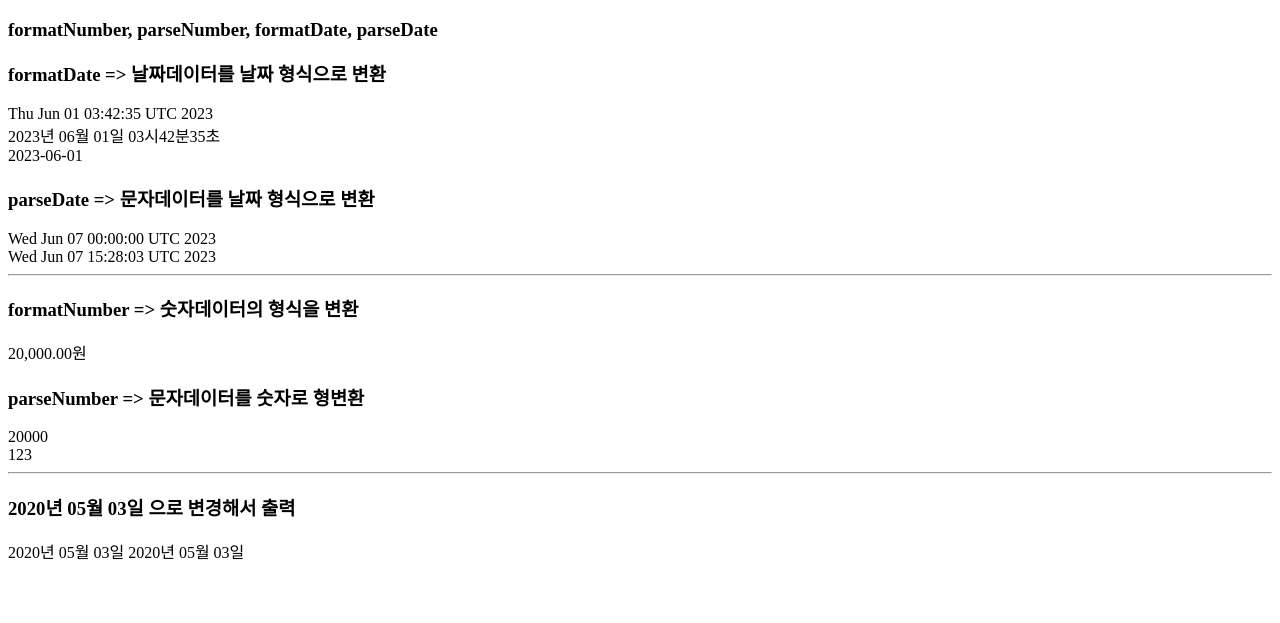
Repository: sun2898/JSP
Page: http://localhost/JSPBasic/JSTL/jstl_fmt.jsp
An editor plug-in stored every save of this project. The page is shown before and after the next save, followed by the edit.
The browser window is 1280 px wide. The pictures show the whole page.
The page is served by Tomcat 9. Other server files are loaded and not shown.

Above is the page before, as saved 2023-06-07 06:49:21.

### JSPBasic/src/main/webapp/JSTL/jstl_fmt.jsp
<%@page import="java.util.Date"%>
<%@ page language="java" contentType="text/html; charset=UTF-8"
    pageEncoding="UTF-8"%>
<%@ taglib prefix="fmt" uri="http://java.sun.com/jsp/jstl/fmt" %>
<%@ taglib prefix="c" uri="http://java.sun.com/jsp/jstl/core" %>
<!DOCTYPE html>
<html>
<head>
<meta charset="UTF-8">
<title>Insert title here</title>
</head>
<body>

	<%--
	 fmt는 형변환을 다루는 기능을 가지고 있다.

	 Integer.parseInt() : String > int
	 parse -> 다른타입으로 형 변환
	 format -> 같은타입의 형태를 변환

	 날짜형태를 변환하는 것을 좀 더 주의깊게 공부할 것!
	 --%>

	<h3>formatNumber, parseNumber, formatDate, parseDate</h3>

	<h3>formatDate => 날짜데이터를 날짜 형식으로 변환</h3>

	<c:set var="a" value="<%=new Date() %>"/>

	${a } <!-- Wed Jun 07 15:19:02 KST 2023 -->
	<br>
	<fmt:formatDate var="a01" value="${a }" pattern="yyyy년 MM월 dd일 HH시mm분ss초"/>
	<fmt:formatDate var="a02" value="${a }" pattern="yyyy-MM-dd"/>
	${a01 }<br>
	${a02 }<br>

	<h3>parseDate => 문자데이터를 날짜 형식으로 변환</h3>

	<fmt:parseDate value="2023-06-07" pattern="yyyy-MM-dd"/><br>
	<fmt:parseDate value="2023년06월07일 15시28분03초" pattern="yyyy년MM월dd일 HH시mm분ss초"/>

	<hr>

	<h3>formatNumber => 숫자데이터의 형식을 변환</h3>

	<c:set var ="b" value="20000"/>

	<fmt:formatNumber value="${b }" pattern="00,000.00원"/><br>

	<h3>parseNumber => 문자데이터를 숫자로 형변환</h3>

	<fmt:parseNumber value="20,000원" pattern="00,000원"/><br>
	<fmt:parseNumber value="123asd원" pattern="000asd원"/>

	<hr/>

	<h3>2020년 05월 03일 으로 변경해서 출력</h3>
	<c:set var="TIME_A" value="2020/05/03" />
	<c:set var="TIME_C" value="2020-05-03 21:30:22" />
	<c:set var="TIME_D" value="<%=new Date() %>" />

	<fmt:parseDate var="A" value="${TIME_A }" pattern="yyyy/MM/dd"/>
	<fmt:formatDate value="${A }" pattern="yyyy년 MM월 dd일"/>

	<fmt:parseDate var="C" value="${TIME_C }" pattern = "yyyy-MM-dd HH:mm:ss"/>
	<fmt:formatDate value="${C }" pattern = "yyyy년 MM월 dd일"/>












</body>
</html>

After the next save:
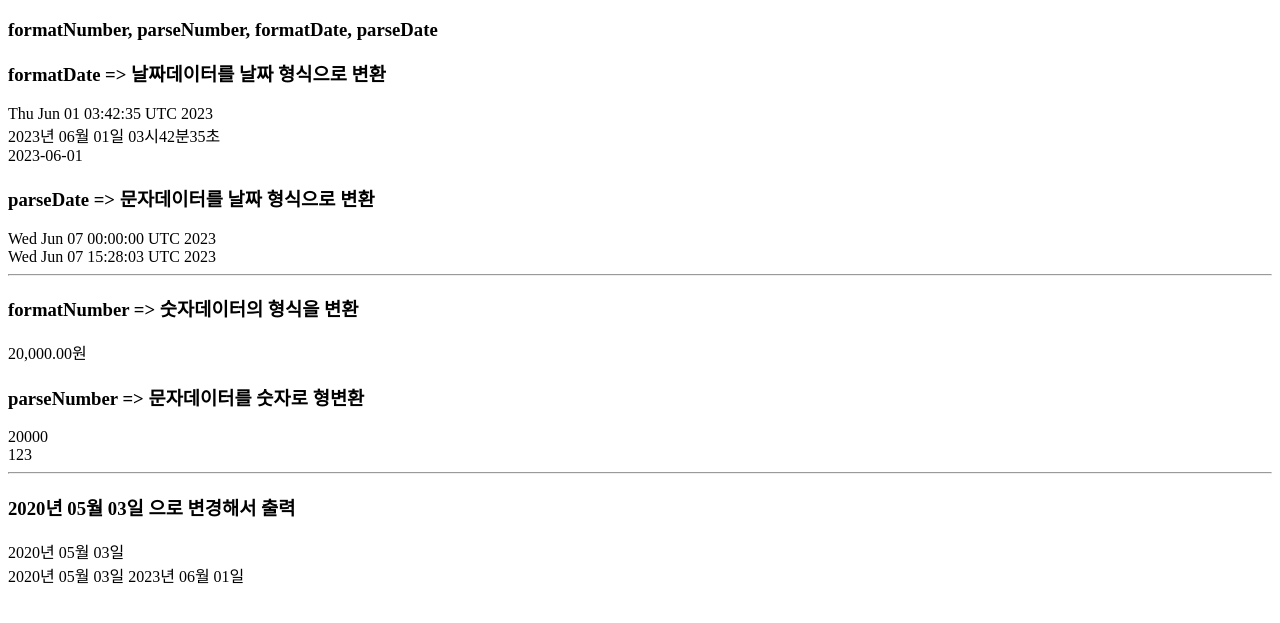
Saved 51 s later.
--- a/JSPBasic/src/main/webapp/JSTL/jstl_fmt.jsp
+++ b/JSPBasic/src/main/webapp/JSTL/jstl_fmt.jsp
@@ -62,9 +62,10 @@
 	<fmt:parseDate var="A" value="${TIME_A }" pattern="yyyy/MM/dd"/>
 	<fmt:formatDate value="${A }" pattern="yyyy년 MM월 dd일"/>
 
-	<fmt:parseDate var="C" value="${TIME_C }" pattern = "yyyy-MM-dd HH:mm:ss"/>
+	<fmt:parseDate var="C" value="${TIME_C }" pattern = "yyyy-MM-dd HH:mm:ss"/><br>
 	<fmt:formatDate value="${C }" pattern = "yyyy년 MM월 dd일"/>
 
+	<fmt:formatDate value="${TIME_D }" pattern="yyyy년 MM월 dd일"/>
 
 
 
